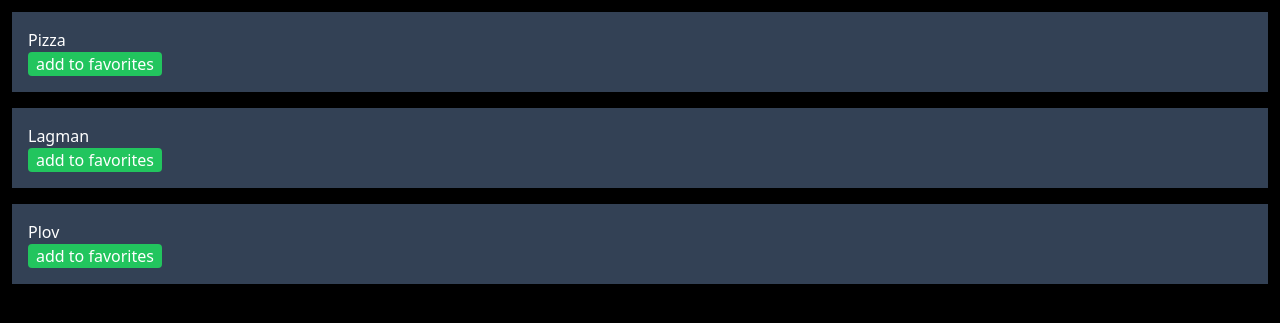
Repository: Nurlan-Bakenbaev/redux-tools
Page: /
The author's editor kept a copy of each file at every save. The page is drawn from the files as they stood at one save, then again after the next save.
The browser window is 1280 px wide. The pictures show the whole page.
The project was rebuilt for these pictures with package versions that can differ from the ones it lists, and the page was loaded fresh each time. Also part of the build but not shown: vite.config.js.

Above is the page before, as saved 2023-10-22 22:15:37.

### src/App.jsx
import RicipeItem from "./RicipeItem";

function App() {
  return (
    <>
      <div className="flex flex-col gap-4 p-3">
        <RicipeItem recipe={{ id: 1, name: "Pizza" }} />
        <RicipeItem recipe={{ id: 2, name: "Lagman" }} />
        <RicipeItem recipe={{ id: 3, name: "Plov" }} />
      </div>
    </>
  );
}

export default App;

### src/index.css
@tailwind base;
@tailwind components;
@tailwind utilities;

body {
  background: black;
  color: white;
}

### src/store/store.js
import { configureStore } from "@reduxjs/toolkit"
import {reducer} from "../features/favoritesSlice"


 export const store = configureStore({
  reducer: {reducer},

});

### src/RicipeItem.jsx
import React from "react";

const RicipeItem = ({ recipe }) => {
  return (
    <div className="bg-slate-700 p-4 ">
      <div>{recipe.name}</div>
      <button className="px-2 bg-green-500 rounded"> add to favorites</button>
    </div>
  );
};

export default RicipeItem;

### src/features/favoritesSlice.js
import { createSlice } from "@reduxjs/toolkit";


const initialState = [];
export const favoritesSlice = createSlice({
  name: "favorites",
  initialState,
  reducers: {
    toggleFavorites: (state, { payload: recipe }) => {
      const isExits = state.some((r) => r.id === recipe.id);
      if (isExits) {
        state = state.filter((r) => r.id !== recipe.id);
      }
      state.push(recipe);
    },
  },
});
export const {action,reducer} = favoritesSlice

Loaded but not shown: index.html (common file); src/main.jsx (common file); tailwind.config.js (common file)

After the next save:
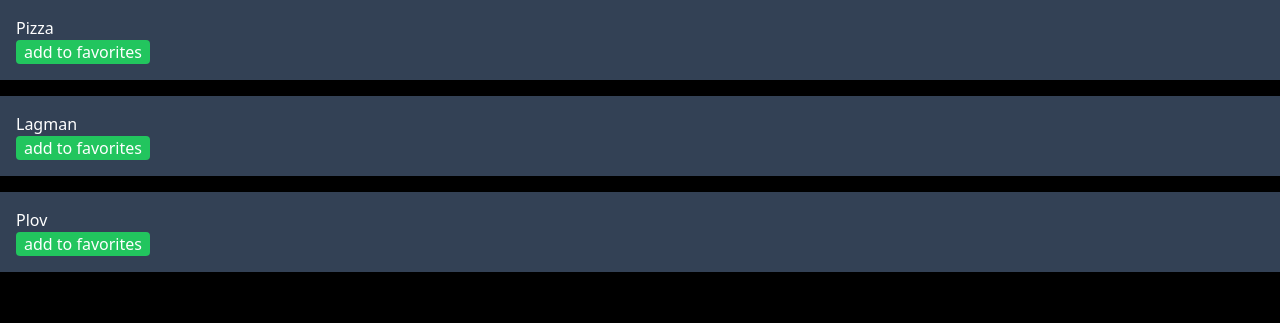
Saved 11 s later.
--- a/src/App.jsx
+++ b/src/App.jsx
@@ -3,7 +3,7 @@ import RicipeItem from "./RicipeItem";
 function App() {
   return (
     <>
-      <div className="flex flex-col gap-4 p-3">
+      <div className="flex flex-col gap-4 ">
         <RicipeItem recipe={{ id: 1, name: "Pizza" }} />
         <RicipeItem recipe={{ id: 2, name: "Lagman" }} />
         <RicipeItem recipe={{ id: 3, name: "Plov" }} />
